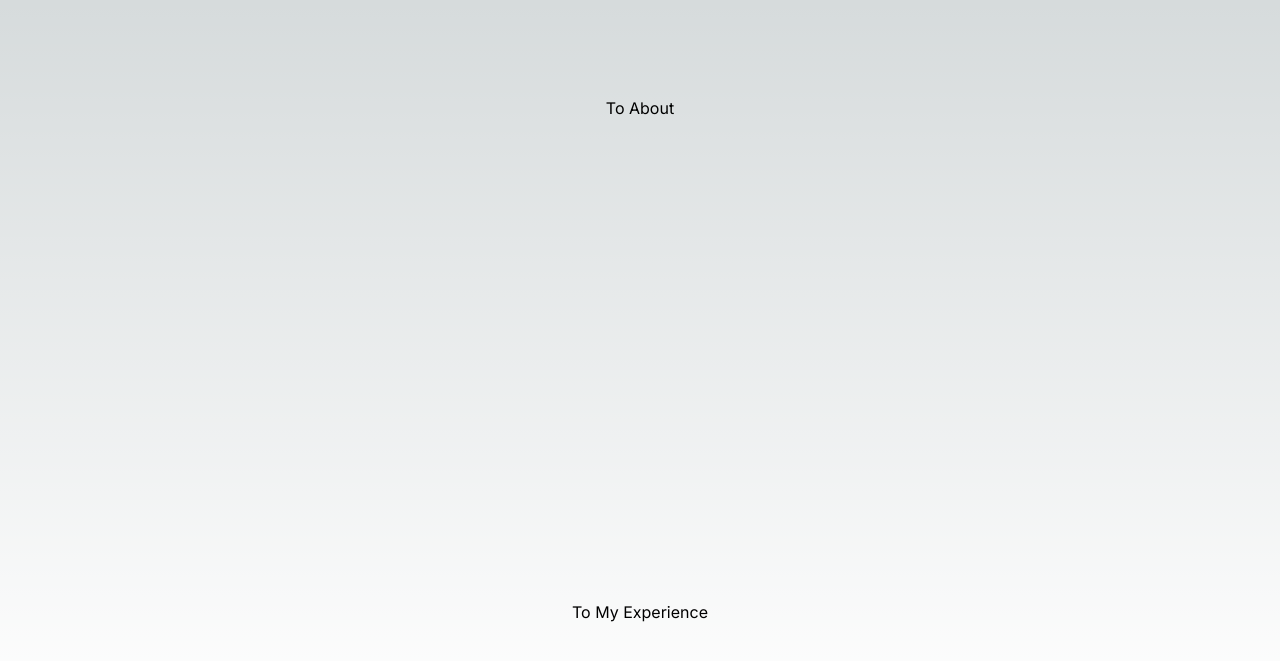
Repository: ShellyDeng08/learn-nextjs-course
Page: /
An editor plug-in stored every save of this project. The page is shown before and after the next save, followed by the edit.
The browser window is 1280 px wide. The pictures show the whole page.
The project was rebuilt for these pictures with package versions that can differ from the ones it lists, and the page was loaded fresh each time. The framework's server and built-in components were replaced by stand-ins that run in the browser. Also part of the build but not shown: next.config.js.

Above is the page before, as saved 2023-12-21 11:23:35.

### src/app/page.tsx
import Image from 'next/image'
import Link from 'next/link'

export default function Home() {
  return (
    <main className="flex min-h-screen flex-col items-center justify-between p-24">
      <Link href={'/about'}>To About</Link>
      <Link href={'/about/experience'}>To My Experience</Link>
    </main>
  )
}

Loaded but not shown: src/app/layout.tsx (common file); src/app/globals.css (common file); tailwind.config.ts (common file)

After the next save:
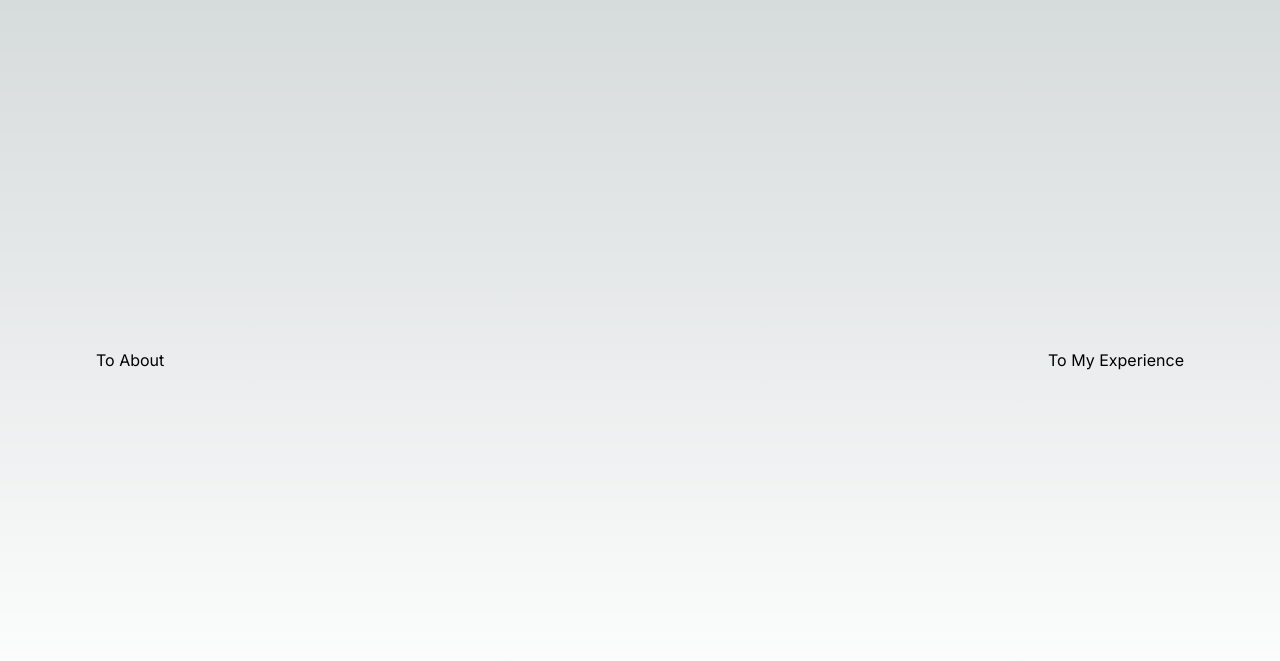
Saved 32 s later.
--- a/src/app/page.tsx
+++ b/src/app/page.tsx
@@ -3,7 +3,7 @@ import Link from 'next/link'
 
 export default function Home() {
   return (
-    <main className="flex min-h-screen flex-col items-center justify-between p-24">
+    <main className="flex min-h-screen items-center justify-between p-24">
       <Link href={'/about'}>To About</Link>
       <Link href={'/about/experience'}>To My Experience</Link>
     </main>
